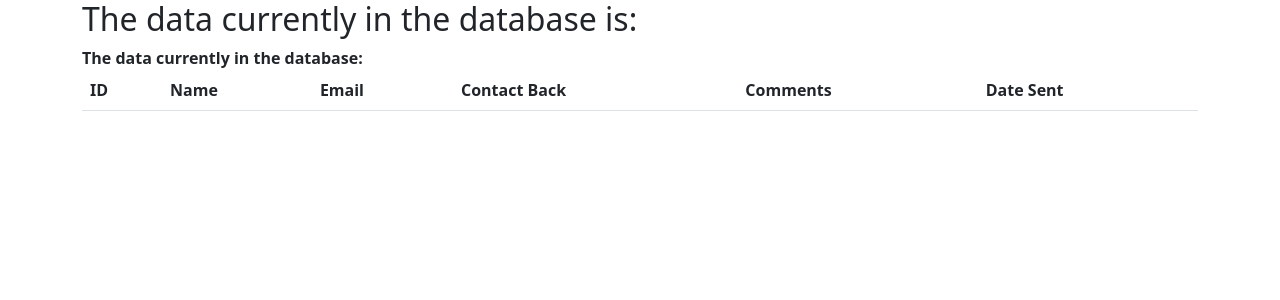
Repository: MarianCurtis/PHP-week3
Page: http://localhost/week6/lesson14.php
An editor plug-in stored every save of this project. The page is shown before and after the next save, followed by the edit.
The browser window is 1280 px wide. The pictures show the whole page.
The page is run by PHP 8.4 with error messages shown; the project is at /var/www/html/. Queries for data that is not in the repository find no rows.

Above is the page before, as saved 2023-03-19 16:29:37.

After the next save:
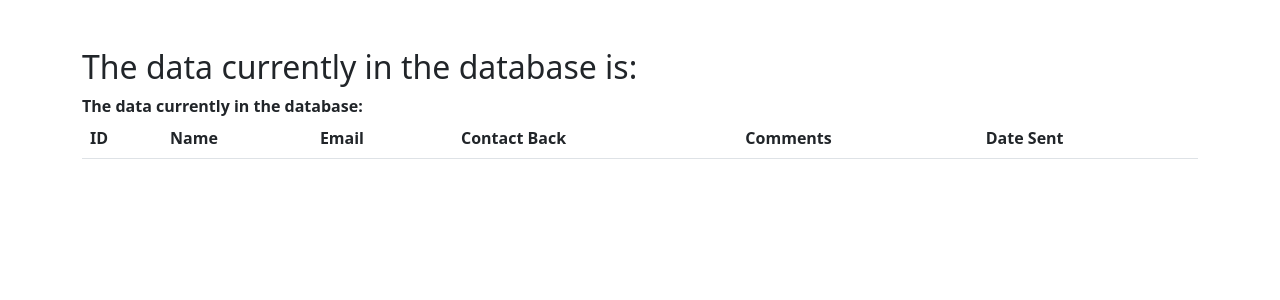
Saved 40 s later.
--- a/week6/lesson14.php
+++ b/week6/lesson14.php
@@ -52,7 +52,7 @@
    <body>
     <!-- Table Section-->
     <section id="table">
-      <div class="container">
+      <div class="container my-5">
         <div class="row">
           <div class="col">
             <h2>The data currently in the database is:</h2>
